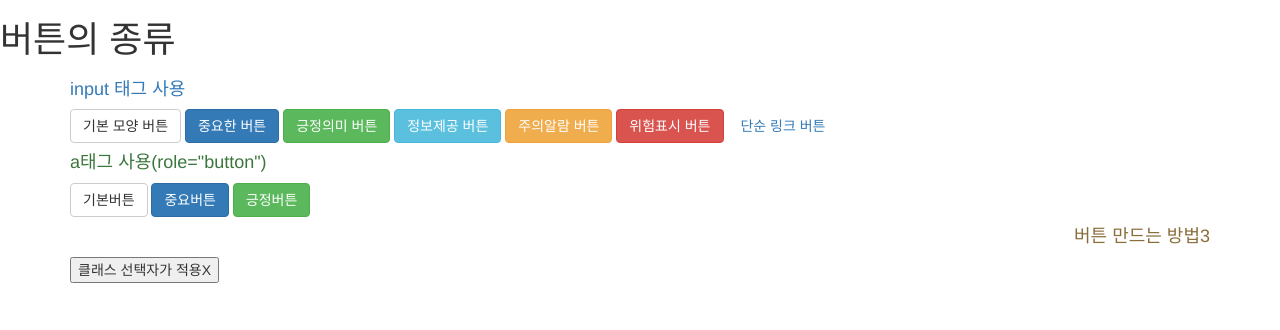
Repository: RYE415/4.jsp
Page: BootstrapTest/src/main/webapp/5.button/button.html
These files come from the project's save history. The page is drawn as it stood at one moment and after the next save; the edit follows.
The browser window is 1280 px wide. The pictures show the whole page.
Some web libraries are served in a nearby version.

Above is the page before, as saved 2022-08-09 03:03:34.

### BootstrapTest/src/main/webapp/5.button/button.html
<!DOCTYPE html>
<html lang="ko">
  <head>
    <meta charset="utf-8">
    <meta http-equiv="X-UA-Compatible" content="IE=edge">
    <meta name="viewport" content="width=device-width, initial-scale=1">
    <!-- 위 3개의 메타 태그는 *반드시* head 태그의 처음에 와야합니다; 어떤 다른 콘텐츠들은 반드시 이 태그들 *다음에* 와야 합니다 -->
    <title>예제</title>

    <!-- 부트스트랩 -->
    <link href="../css/bootstrap.min.css" rel="stylesheet">

    <!-- IE8 에서 HTML5 요소와 미디어 쿼리를 위한 HTML5 shim 와 Respond.js -->
    <!-- WARNING: Respond.js 는 당신이 file:// 을 통해 페이지를 볼 때는 동작하지 않습니다. -->
    <!--[if lt IE 9]>
      <script src="https://oss.maxcdn.com/html5shiv/3.7.2/html5shiv.min.js"></script>
      <script src="https://oss.maxcdn.com/respond/1.4.2/respond.min.js"></script>
    <![endif]-->
  </head>
  <body>
    <h1>버튼의 종류</h1>
    <!--
    	글자색을 강조->text-(text-primary,text-success,text-info,,,
    	버튼의 색을 강조->btn-(btn-primary,btn-success,btn-info
    	.btn {
		  display: inline-block;
		  padding: 6px 12px; 직사각형의 버튼 모양
		  margin-bottom: 0;
		  font-size: 14px; 글자크기
		  font-weight: normal;
		  line-height: 1.42857143;
		  text-align: center; 글자 정가운데
		  white-space: nowrap;
		  vertical-align: middle;
		  -ms-touch-action: manipulation;
		      touch-action: manipulation;
		  cursor: pointer;
		  -webkit-user-select: none;
		     -moz-user-select: none;
		      -ms-user-select: none;
		          user-select: none;
		  background-image: none;
		  border: 1px solid transparent;
		  border-radius: 4px; ->둥근모서리
		}
     -->
     <div class="container">
     	<h4 class="text-primary">input 태그 사용</h4>
     	<input type="button" class="btn btn-default" value="기본 모양 버튼">
     	<input type="button" class="btn btn-primary" value="중요한 버튼">
     	<input type="button" class="btn btn-success" value="긍정의미 버튼">
     	<input type="button" class="btn btn-info" value="정보제공 버튼">
     	<input type="button" class="btn btn-warning" value="주의알람 버튼">
     	<input type="button" class="btn btn-danger" value="위험표시 버튼">
     	<input type="button" class="btn btn-link" value="단순 링크 버튼">

     	<h4 class="text-success">a태그 사용(role="button")</h4>
     	<a href="#" class="btn btn-default" role="button">기본버튼</a>
     	<a href="#" class="btn btn-primary" role="button">중요버튼</a>
     	<a href="#" class="btn btn-success" role="button">긍정버튼</a>

     	<h4 class="text-warning text-right">버튼 만드는 방법3</h4>
     	<button type="button">클래스 선택자가 적용X</button>
     </div>










    <!-- jQuery (부트스트랩의 자바스크립트 플러그인을 위해 필요합니다) -->
    <script src="https://ajax.googleapis.com/ajax/libs/jquery/1.11.2/jquery.min.js"></script>
    <!-- 모든 컴파일된 플러그인을 포함합니다 (아래), 원하지 않는다면 필요한 각각의 파일을 포함하세요 -->
    <script src="../js/bootstrap.min.js"></script>
  </body>
</html>

Loaded but not shown: BootstrapTest/src/main/webapp/css/bootstrap.min.css (library); BootstrapTest/src/main/webapp/js/bootstrap.min.js (library)

After the next save:
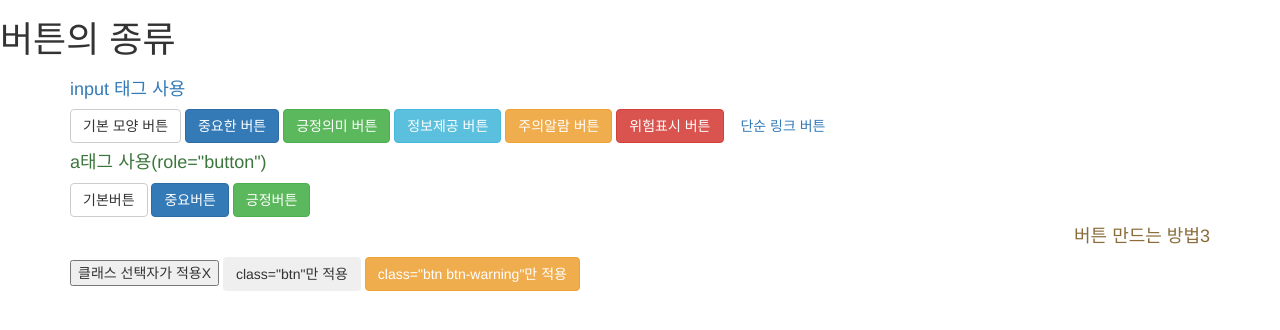
Saved 98 s later.
--- a/BootstrapTest/src/main/webapp/5.button/button.html
+++ b/BootstrapTest/src/main/webapp/5.button/button.html
@@ -61,6 +61,8 @@
 
      	<h4 class="text-warning text-right">버튼 만드는 방법3</h4>
      	<button type="button">클래스 선택자가 적용X</button>
+     	<button type="button" class="btn">class="btn"만 적용</button>
+     	<button type="button" class="btn btn-warning">class="btn btn-warning"만 적용</button>
      </div>
 
 
